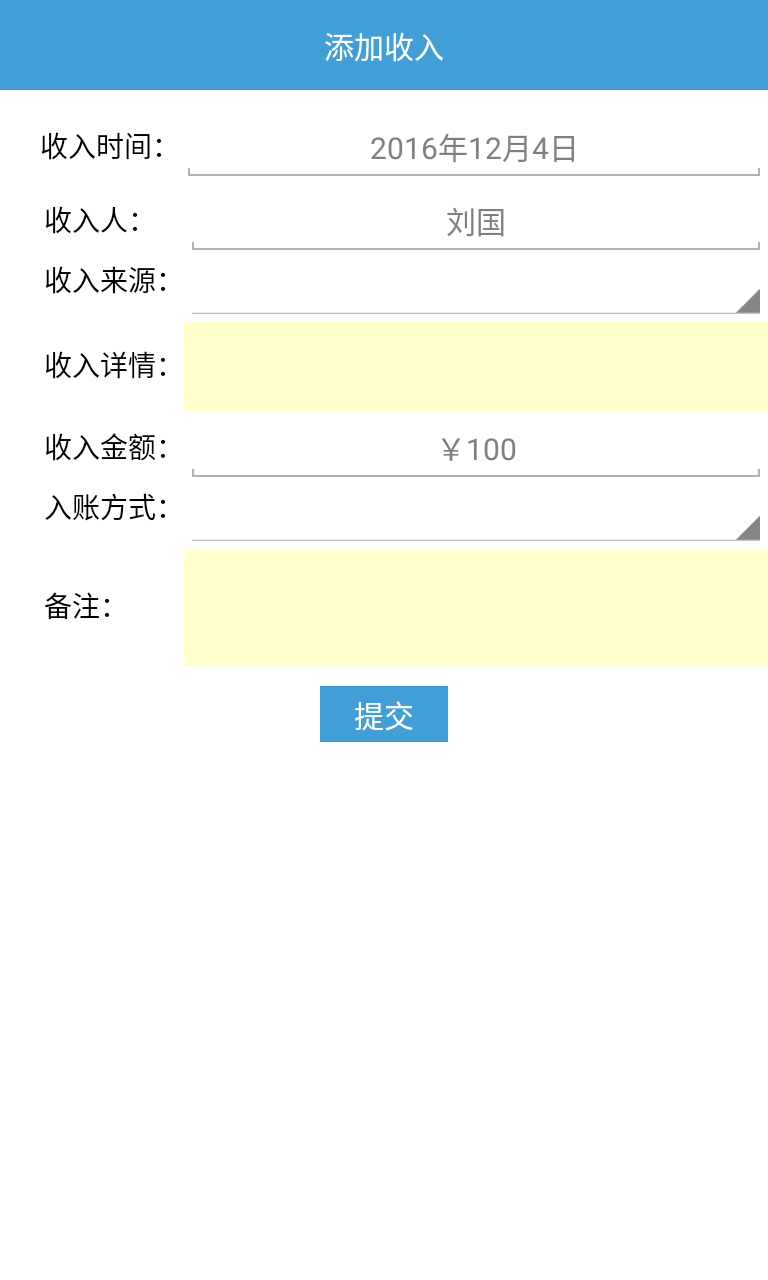
Repository: MySixGad/MyBill
Layout: Bill/Bill/res/layout/activity_inset_in_rmb.xml
An editor plug-in stored every save of this project. The layout is shown before and after the next save, followed by the edit.
It is drawn on a 768 x 1280 px phone screen (xhdpi) without system bars, with theme AppTheme; the app's code is not run.

Above is the layout before, as saved 2016-12-09 15:56:01.

### Bill/Bill/res/layout/activity_inset_in_rmb.xml
<LinearLayout xmlns:android="http://schemas.android.com/apk/res/android"
    xmlns:tools="http://schemas.android.com/tools"
    android:layout_width="match_parent"
    android:layout_height="wrap_content"
    android:orientation="vertical"
    tools:context=".Inset_inRMBActivity" >

    <TextView
        android:id="@+id/textView1"
        style="@style/Title_1"
        android:text="添加收入" />

    <LinearLayout
        android:layout_width="match_parent"
        android:layout_height="wrap_content"
        android:layout_marginLeft="20dp"
        android:layout_marginTop="10dp"
        android:orientation="vertical" >

        <LinearLayout
            android:layout_width="match_parent"
            android:layout_height="wrap_content"
            android:orientation="horizontal" >

            <TextView
                android:id="@+id/textView2"
                android:layout_width="70dp"
                android:layout_height="wrap_content"
                android:text="收入时间："
                android:textColor="#000" />

            <EditText
                android:id="@+id/textView2"
                android:layout_width="match_parent"
                android:layout_height="wrap_content"
                android:ems="10"
                android:gravity="center"
                android:hint="2016年12月4日"
                android:inputType="textMultiLine"
                android:textColor="#000"
                android:textSize="15dp" >
            </EditText>
        </LinearLayout>

        <!-- 第二行 -->

        <LinearLayout
            android:layout_width="match_parent"
            android:layout_height="wrap_content"
            android:layout_marginLeft="2dp"
            android:orientation="horizontal" >

            <TextView
                android:id="@+id/textView2"
                android:layout_width="70dp"
                android:layout_height="wrap_content"
                android:text="收入人："
                android:textColor="#000" />

            <EditText
                android:id="@+id/textView2"
                android:layout_width="match_parent"
                android:layout_height="wrap_content"
                android:ems="10"
                android:gravity="center"
                android:hint="刘国"
                android:inputType="textMultiLine"
                android:textColor="#000"
                android:textSize="15dp" >
            </EditText>
        </LinearLayout>

        <LinearLayout
            android:layout_width="match_parent"
            android:layout_height="wrap_content"
            android:layout_marginLeft="2dp"
            android:orientation="horizontal" >

            <TextView
                android:id="@+id/textView2"
                android:layout_width="wrap_content"
                android:layout_height="wrap_content"
                android:gravity="center"
                android:text="收入来源："
                android:textColor="#000" />

            <Spinner
                android:id="@+id/in_sos"
                   android:gravity="center"
                android:layout_width="match_parent"
                android:layout_height="wrap_content" />
        </LinearLayout>

        <LinearLayout
            android:layout_width="match_parent"
            android:layout_height="wrap_content"
            android:layout_marginLeft="2dp"
            android:orientation="horizontal" >

            <TextView
                android:id="@+id/textView2"
                android:layout_width="70dp"
                android:layout_height="wrap_content"
                android:text="收入详情："
                android:textColor="#000" />

            <EditText
                android:id="@+id/textView2"
                android:layout_width="match_parent"
                android:layout_height="wrap_content"
                android:background="#ffffcc"
                android:inputType="textMultiLine"
                android:maxLines="10"
                android:minLines="3"
                android:scrollbars="vertical"
                android:textColor="#000"
                android:textSize="12dp" />
        </LinearLayout>

        <LinearLayout
            android:layout_width="match_parent"
            android:layout_height="wrap_content"
            android:layout_marginLeft="2dp"
            android:orientation="horizontal" >

            <TextView
                android:id="@+id/textView2"
                android:layout_width="70dp"
                android:layout_height="wrap_content"
                android:text="收入金额："
                android:textColor="#000" />

            <EditText
                android:id="@+id/textView2"
                android:layout_width="match_parent"
                android:layout_height="wrap_content"
                android:gravity="center"
                android:hint="￥100"
                android:inputType="textMultiLine"
                android:textColor="#000"
                android:textSize="15dp" />
        </LinearLayout>

        <LinearLayout
            android:layout_width="match_parent"
            android:layout_height="wrap_content"
            android:layout_marginLeft="2dp"
            android:orientation="horizontal" >

            <TextView
                android:id="@+id/textView2"
                android:layout_width="wrap_content"
                android:layout_height="wrap_content"
                android:gravity="center"
                android:text="入账方式："
                android:textColor="#000" />

            <Spinner
                android:id="@+id/in_way"
                android:gravity="center"
                android:layout_width="match_parent"
                android:layout_height="wrap_content" />
        </LinearLayout>

        <LinearLayout
            android:layout_width="match_parent"
            android:layout_height="wrap_content"
            android:layout_marginLeft="2dp"
            android:orientation="horizontal" >

            <TextView
                android:id="@+id/textView2"
                android:layout_width="70dp"
                android:layout_height="wrap_content"
                android:text="备注："
                android:textColor="#000" />

            <EditText
                android:id="@+id/textView2"
                android:layout_width="match_parent"
                android:layout_height="wrap_content"
                android:background="#ffffcc"
                android:inputType="textMultiLine"
                android:maxLines="10"
                android:minLines="4"
                android:scrollbars="vertical"
                android:textColor="#000"
                android:textSize="12dp" />
        </LinearLayout>
    </LinearLayout>

    <Button
        android:id="@+id/button1"
        style="@style/Title_1"
        android:layout_width="wrap_content"
        android:layout_height="28dp"
        android:layout_gravity="center"
        android:layout_marginTop="10dp"
        android:text="提交" />

</LinearLayout>

### Bill/Bill/res/values/styles.xml
<resources>

    <style name="AppBaseTheme" parent="android:Theme.Light"></style>

    <style name="AppTheme" parent="AppBaseTheme"></style>

    <style name="Title_1">
        <item name="android:gravity">center</item>
        <item name="android:textColor">#fff</item>
        <item name="android:textSize">15sp</item>
        <item name="android:layout_width">match_parent</item>
        <item name="android:layout_height">45dp</item>
        <item name="android:background">#429ED6</item>
    </style>

     <style name="Button_1">
        <item name="android:textColor">#fff</item>
        <item name="android:textSize">12sp</item>
        <item name="android:background">#429ED6</item>
    </style>

</resources>

Loaded but not shown: Bill/Bill/res/values-v11/styles.xml (common file); Bill/Bill/res/values-v14/styles.xml (common file)

After the next save:
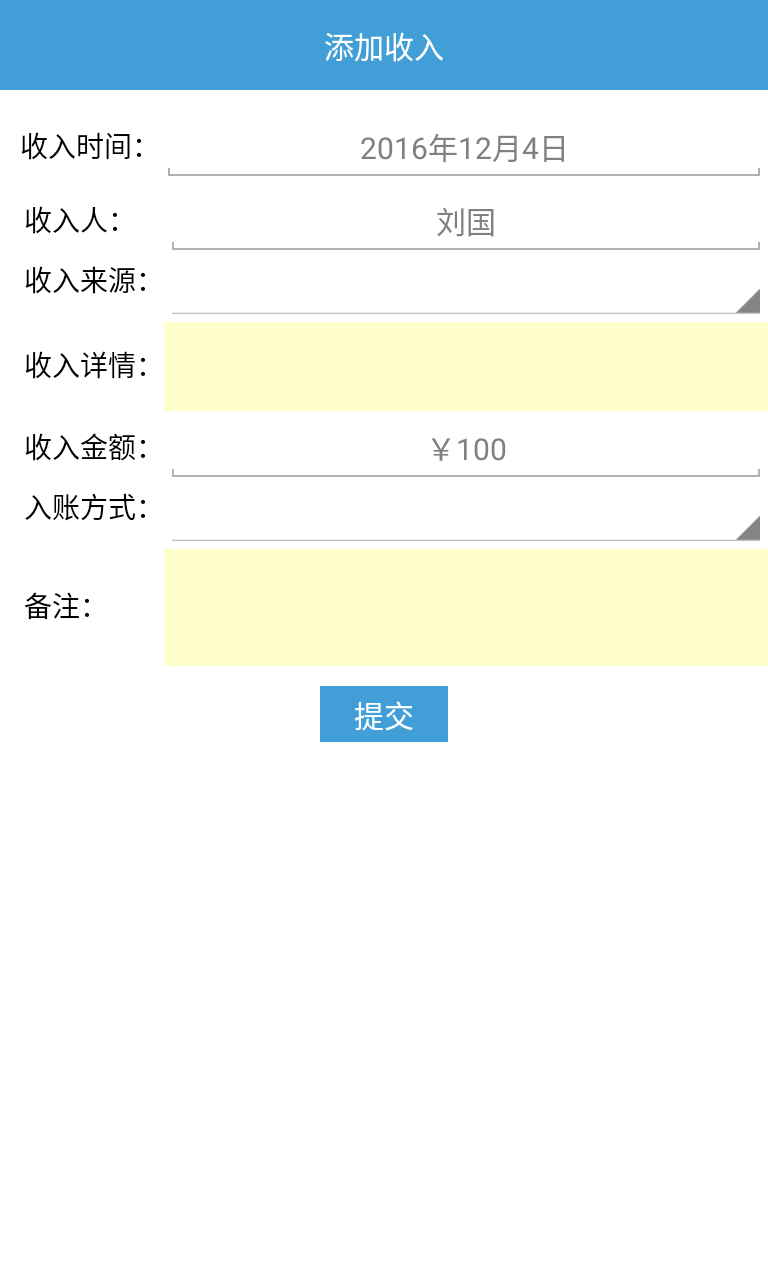
Saved 75 s later.
--- a/Bill/Bill/res/layout/activity_inset_in_rmb.xml
+++ b/Bill/Bill/res/layout/activity_inset_in_rmb.xml
@@ -13,7 +13,8 @@
     <LinearLayout
         android:layout_width="match_parent"
         android:layout_height="wrap_content"
-        android:layout_marginLeft="20dp"
+        android:layout_marginLeft="10dp"
+        android:layout_marginRight="10DP"
         android:layout_marginTop="10dp"
         android:orientation="vertical" >
 
